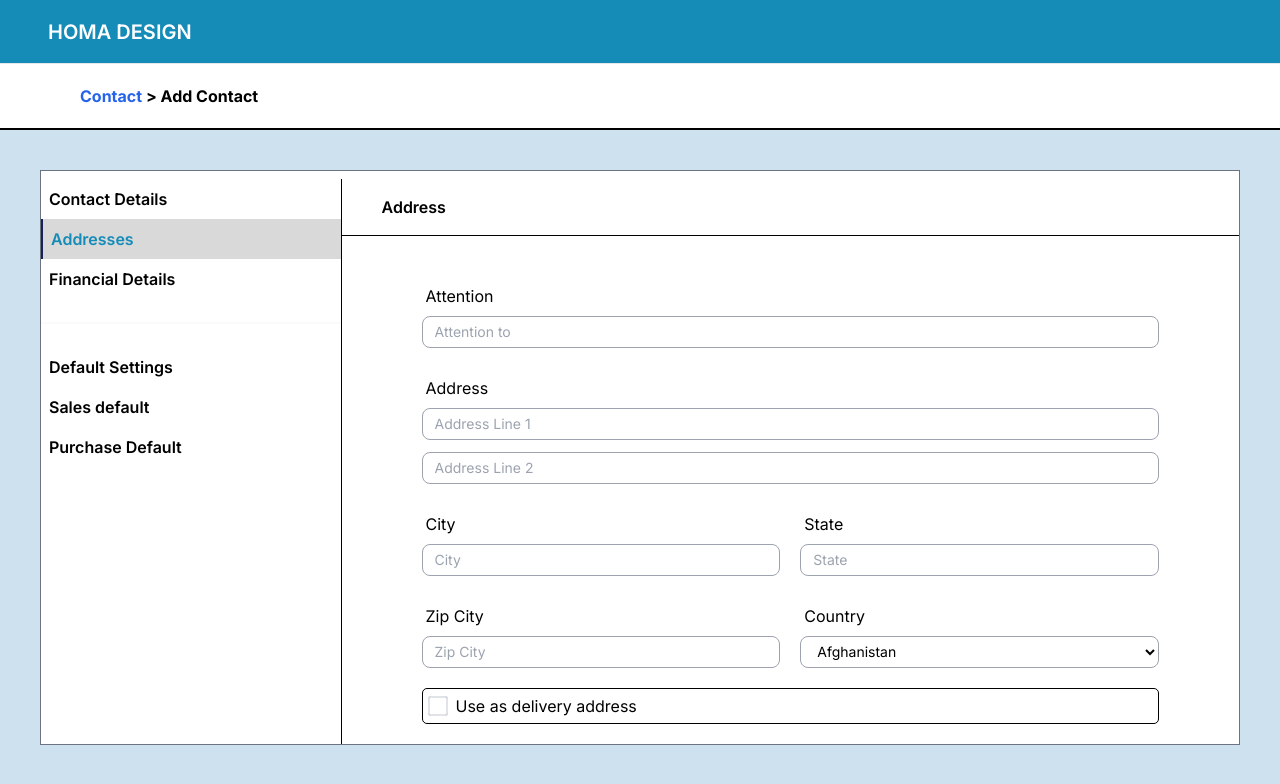
Repository: khairul35/homa-FE
Page: /contact
These files come from the project's save history. The page is drawn as it stood at one moment and after the next save; the edit follows.
The browser window is 1280 px wide. The pictures show the whole page.
The project was rebuilt for these pictures with package versions that can differ from the ones it lists, and the page was loaded fresh each time. The framework's server and built-in components were replaced by stand-ins that run in the browser. Also part of the build but not shown: next.config.js, app/components/layout/header/BusinessMenu.tsx, app/components/layout/header/CompanyMenu.tsx, app/contact/index.component.tsx, app/contact/form/contact-details/index.module.css, app/contact/form/contact-details/index.component.tsx, app/contact/form/contact-details/index.tsx.

Above is the page before, as saved 2024-01-07 21:28:56.

After the next save:
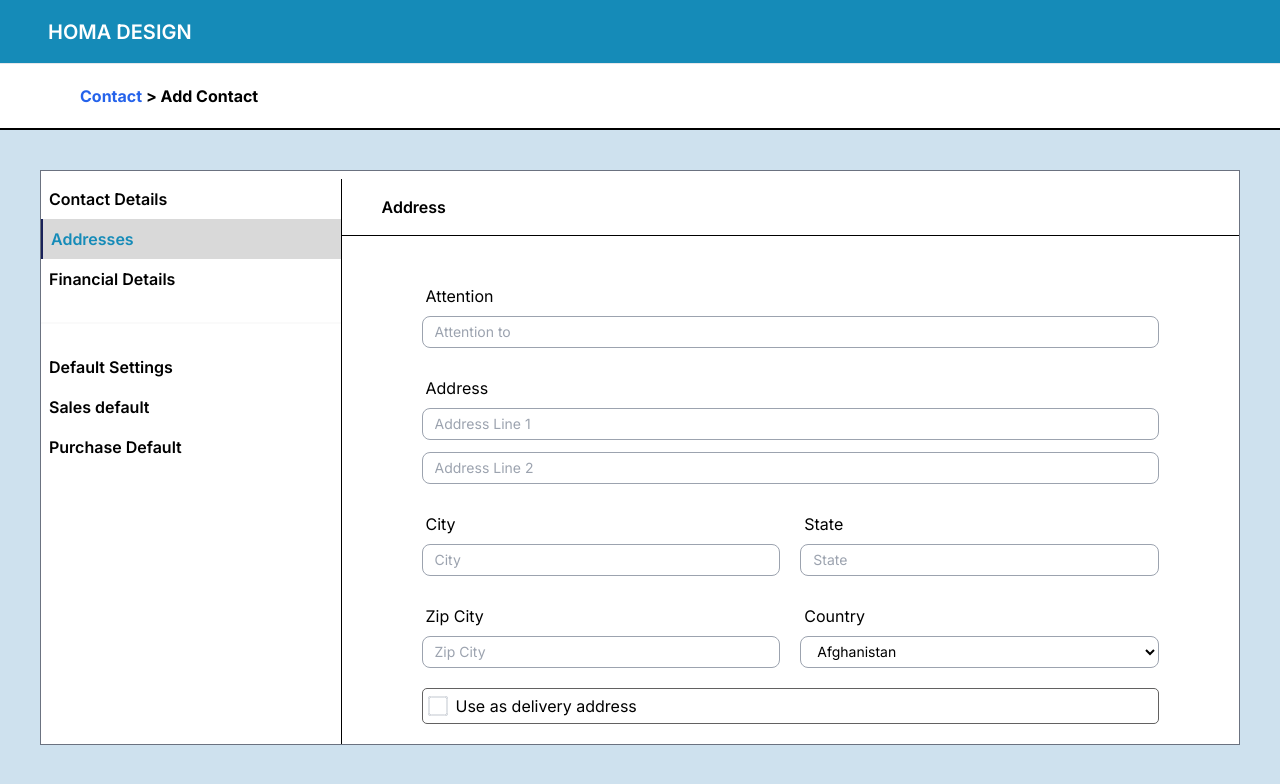
Saved 20 s later.
--- a/app/contact/form/address/index.module.css
+++ b/app/contact/form/address/index.module.css
@@ -12,7 +12,7 @@
 
 .billingIsDeliveryCheckBox {
     border-radius: 5px;
-    border: 1px solid #000;
+    border: 1px solid #626161;
     background: #FFF;
     margin-top: 20px;
     padding: 5px;
